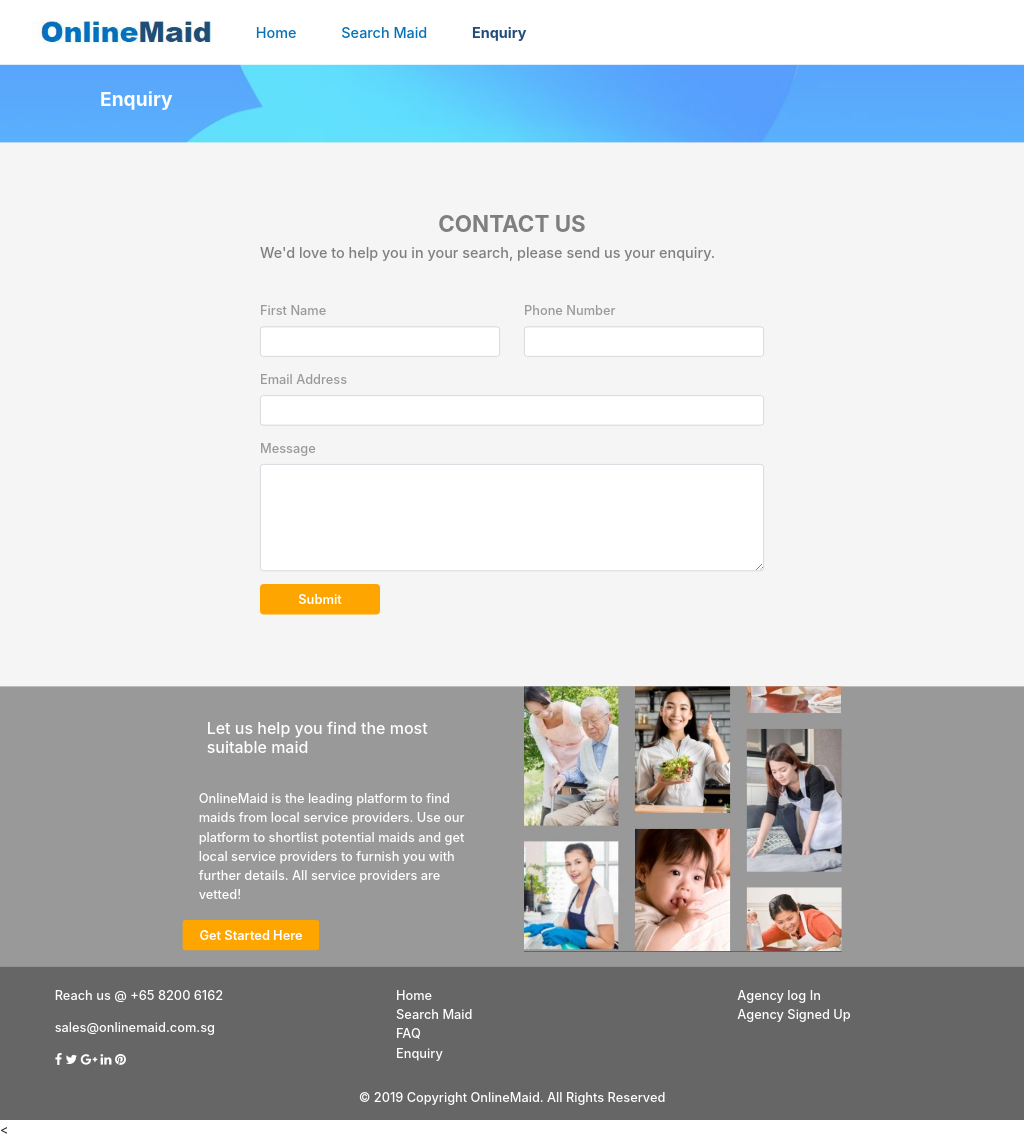
Repository: Code-Institute-Submissions/Project-1---Online-Maid
Page: enquiry.html
The author's editor kept a record of every edit. The page is drawn from the files as they stood at one moment, then again after the next edit.
The browser window is 1280 px wide. The pictures show the whole page, at 80% of full size.
Some web libraries are served in a nearby version.

Above is the page before.

After the next edit:
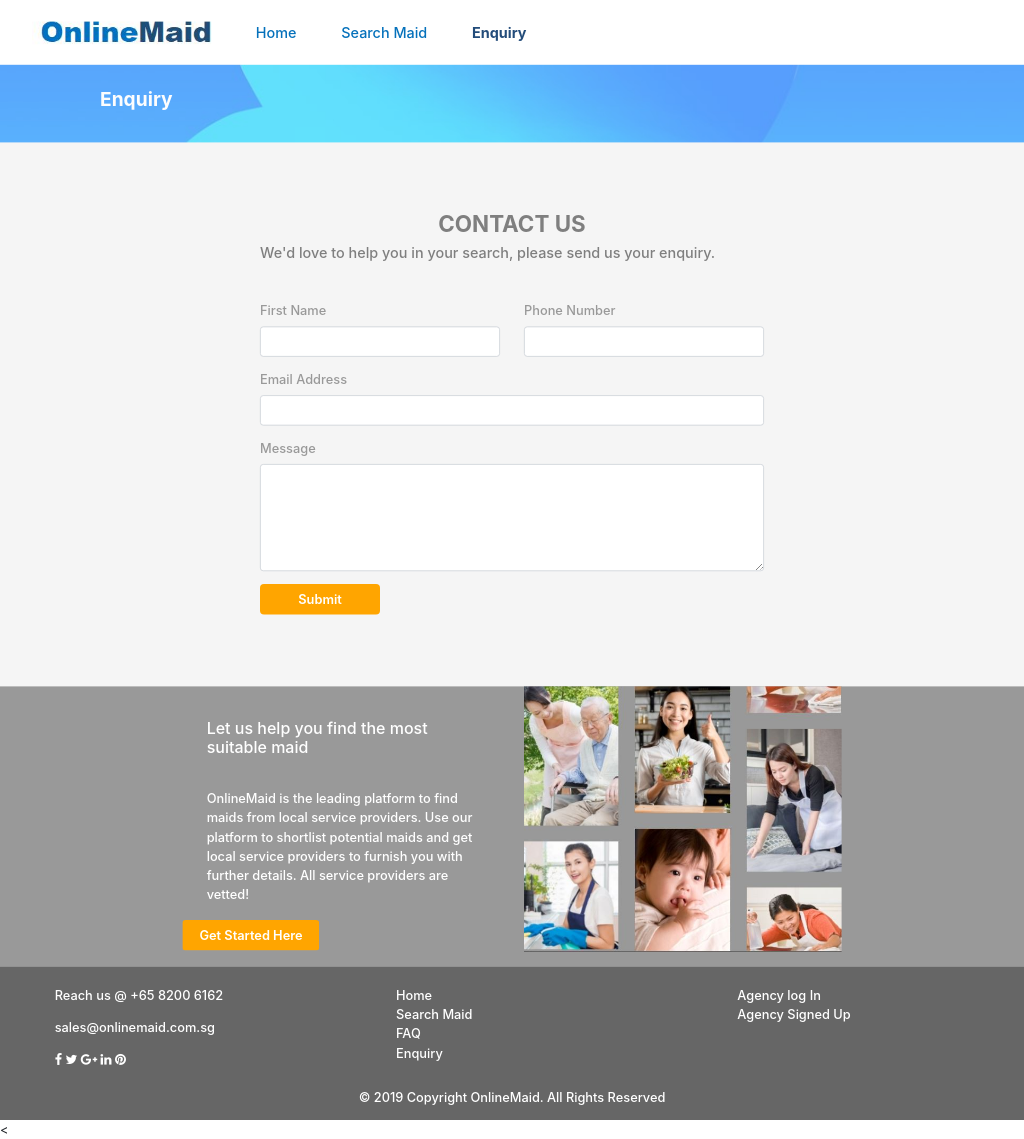
The edit:
--- a/style.css
+++ b/style.css
@@ -198,7 +198,8 @@
 
 .enquiry-content {
  font-size: 16px;
- margin: 40px 20px 20px;
+ margin: 40px 20px 20px 30px;
+
  color: white;
 }
 
